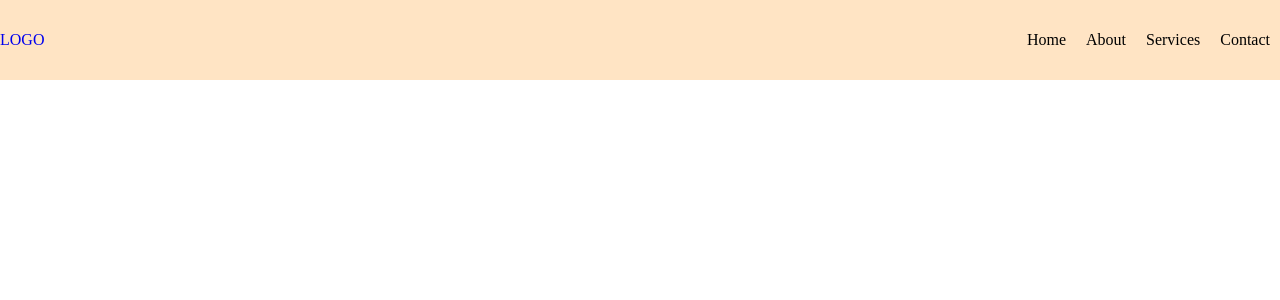
Repository: chanchalsaini/React-WUI
Page: /
An editor plug-in stored every save of this project. The page is shown before and after the next save, followed by the edit.
The browser window is 1280 px wide. The pictures show the whole page.
The project was rebuilt for these pictures with package versions that can differ from the ones it lists, and the page was loaded fresh each time.

Above is the page before, as saved 2020-09-21 21:56:24.

After the next save:
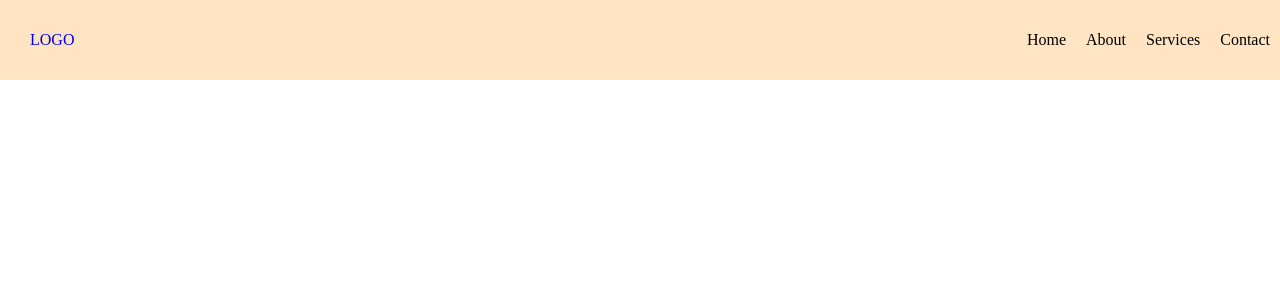
Saved 9 s later.
--- a/src/App.css
+++ b/src/App.css
@@ -12,6 +12,7 @@ header {
 }
 .logo {
   text-decoration: none;
+  margin-left: 30px;
 }
 .links {
   list-style: none;
